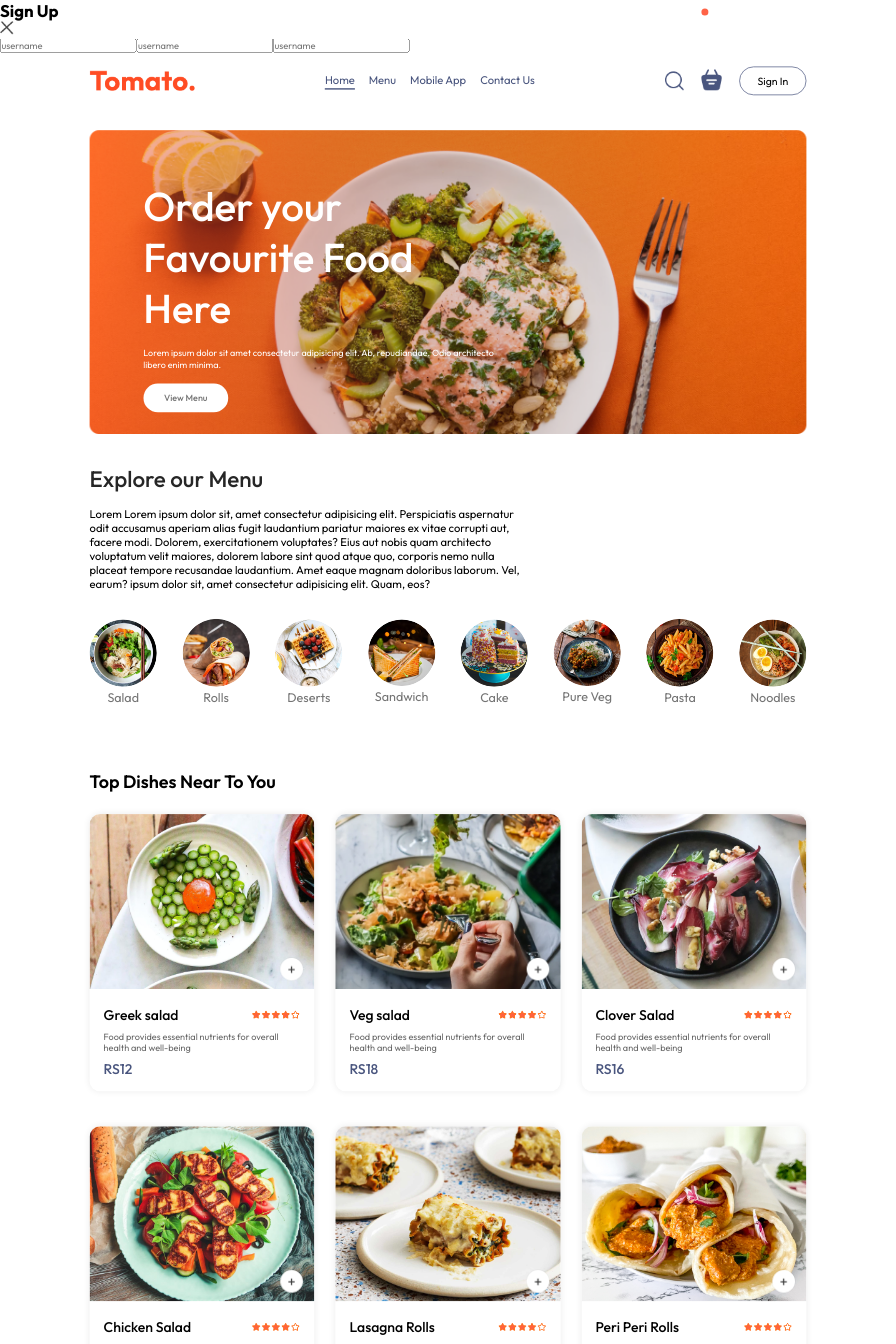
Repository: Attar786/Food-ordering-app
Page: / (app in frontend/), after clicking the first element matching `button`
The author's editor kept a copy of each file at every save. The page is drawn from the files as they stood at one save, then again after the next save.
The browser window is 1280 px wide. The pictures show the part of the page from y = 0 to 1920 px (the page is 6807 px tall before and 6828 px after), at 70% of full size.
The project was rebuilt for these pictures with package versions that can differ from the ones it lists, and the page was loaded fresh each time. Also part of the build but not shown: frontend/vite.config.js, frontend/src/pages/Cart/Cart.css, frontend/src/pages/Cart/Cart.jsx, frontend/src/pages/PlaceOrder/PlaceOrder.css, frontend/src/pages/PlaceOrder/PlaceOrder.jsx, frontend/src/components/LoginPopup/LoginPopup.css.

Above is the page before, as saved 2024-07-29 20:30:33.

### frontend/src/main.jsx
import ReactDOM from 'react-dom/client'
import App from './App.jsx'
import './index.css'
import {BrowserRouter} from 'react-router-dom'
import StoreContextProvider from './context/StoreContext.jsx'
ReactDOM.createRoot(document.getElementById('root')).render(
<BrowserRouter>

<StoreContextProvider>
<App />
</StoreContextProvider>

    </BrowserRouter>
)

### frontend/src/App.jsx
import './index.css'
import Navbar from "./components/Navbar/Navbar"
import Home from './pages/Home/Home'
import Cart from './pages/Cart/Cart'
import PlaceOrder from './pages/PlaceOrder/PlaceOrder'
import { Route, Routes } from 'react-router-dom'
import Footer from './components/Footer/Footer'

import LoginPopup from './components/LoginPopup/LoginPopup'
import { useState } from 'react'
function App() {
  const [showLogin, setShowLogin] = useState(false);

  return (
    <>
  {showLogin?<LoginPopup setShowLogin={setShowLogin}/>:<></>}
  <div className='app'>
  <Navbar setShowLogin = {setShowLogin} />
<Routes>
<Route path='/' element={<Home/>}/>
<Route path='/cart' element={<Cart/>}/>
<Route path='/order' element={<PlaceOrder/>}/>
</Routes>
  </div>
  <Footer/>
    </>
  )
}

export default App

### frontend/src/index.css
@import url('https://fonts.googleapis.com/css2?family=Outfit:wght@100..900&display=swap');


*{
margin: 0;
padding: 0;
 box-sizing: border-box;
 font-family: outfit;
 scroll-behavior: smooth;
}
body{
height: 100vh;
}
a{
text-decoration: none;
color : inherit;
}
.app{
    width: 80%;
    margin: auto;
}
@keyframes fadeIn{
    0%{
        opacity: 0;
    }
    100%{
        opacity: 1;
    }
}

### frontend/src/context/StoreContext.jsx
import './StoreContext.css';
import { createContext, useEffect, useState } from 'react';
import { food_list } from '../assets/assets'; // Ensure this path is correct and food_list is correctly exported

export const StoreContext = createContext(null);

const StoreContextProvider = (props) => {
  const [cartItems, setCartItems] = useState({});

  const addToCart = (itemId) => {
    if (!cartItems[itemId]) {
      setCartItems((prev) => ({ ...prev, [itemId]: 1 }));
    } else {
      setCartItems((prev) => ({ ...prev, [itemId]: prev[itemId] + 1 }));
    }
  };

  const removeFromCart = (itemId) => {
    setCartItems((prev) => {
      const newCount = prev[itemId] - 1;
      if (newCount <= 0) {
        const { [itemId]: _, ...rest } = prev;
        return rest;
      } else {
        return { ...prev, [itemId]: newCount };
      }
    });
  };

  useEffect(() => {
    console.log(cartItems);
  }, [cartItems]);

  const contextValue = {
    food_list,
    cartItems,
    setCartItems,
    addToCart,
    removeFromCart,
  };

  return (
    <StoreContext.Provider value={contextValue}>
      {props.children}
    </StoreContext.Provider>
  );
};

export default StoreContextProvider;

### frontend/src/components/Navbar/Navbar.jsx
import { useState } from 'react';
import './Navbar.css';
import { assets } from '../../assets/assets';
import { Link } from 'react-router-dom'
const Navbar = ({setShowLogin}) => {
  const [menu, setMenu] = useState("home");

  const handleMenuClick = (menuItem) => {
    setMenu(menuItem);
  };

  return (
    <div className="navbar">
      <img src={assets.logo} alt="Logo" className="logo" />
      <ul className="navbar-menu">
        <Link to='/' onClick={() => handleMenuClick("home")} className={menu === "home" ? "active" : ""}>Home</Link>
        <a href='#explore-menu' onClick={() => handleMenuClick("menu")} className={menu === "menu" ? "active" : ""}>Menu</a>
        <a href='#app-download' onClick={() => handleMenuClick("mobile-app")} className={menu === "mobile-app" ? "active" : ""}>Mobile App</a>
        <a href='#footer' onClick={() => handleMenuClick("contact-us")} className={menu === "contact-us" ? "active" : ""}>Contact Us</a>
      </ul>
      <div className="navbar-right">
        <img src={assets.search_icon} alt="search-icon" />
        <div>
          <img src={assets.basket_icon} alt="icons" />
          <div className="dot"></div>
        </div>
        <button onClick={()=>setShowLogin(true)} >Sign In</button>
      </div>
    </div>
  );
}

export default Navbar;

### frontend/src/pages/Home/Home.jsx
import {useState} from 'react'
import Header from '../../components/Header/Header'
import ExploreMenu from '../../components/ExploreMenu/ExploreMenu'
import './Home.css'
import FoodDisplay from '../../components/FoodDisplay/FoodDisplay'
import AppDownload from '../../components/AppDownload/AppDownload'

const Home = () => {
    const [category , setCategory ] = useState('All')
  return (
    <>
<Header/>
<ExploreMenu category={category} setCategory={setCategory}/>
<FoodDisplay category={category} />
<AppDownload/>

</>
)
}

export default Home

### frontend/src/components/Footer/Footer.jsx
import "./Footer.css"
import { assets } from "../../assets/assets"
const Footer = () => {
  return (
    <div className="footer" id="footer">
<div className="footer-content">
    <div className="footer-content-left">
        <img src={assets.logo} alt="fsf" />
    <p>  Lorem ipsum dolor icta fugit magnam temporibus aperiam autem sit optio blanditiis similique distinctio minima quia commodi consequuntur. Lorem ipsum dolor sit consectetur adipisicing elit. Iste, ex.</p>
    <div className="footer-social-icons">
        <img src={assets.facebook_icon} alt="" />
        <img src={assets.twitter_icon} alt="" />
        <img src={assets.linkedin_icon} alt="" />
    </div>

    </div>
    <div className="footer-content-center">
    <h1>Company</h1>
        <ul>
        <li>Home</li>
        <li>AboutUs</li>
        <li>Delivery</li>
        <li>Privacy Policy</li>
        </ul>
    </div>
    <div className="footer-content-right">
        <h2>Get In Touch</h2>
        <ul>
            <li>
                +923333333333
            </li>
            <li>
                contact@gmail.com
            </li>
        </ul>
    </div>
</div>
<hr/>
<p className="footer-copyright">
copyright 2024 All right restricted
</p>

    </div>
  )
}

export default Footer

### frontend/src/components/LoginPopup/LoginPopup.jsx
import { useState } from "react"
import "./LoginPopup.css"
import { assets } from "../../assets/assets"
const LoginPopup = ({setShowLogin}) => {
  const [currState, setCurrState] = useState("Sign Up")

  return (

    <div className="login-popup">
      <form action="" className="login-popup-container"></form>
      <div className="login-popup-title">
<h2>  {currState}
</h2>
<img onClick={()=> setShowLogin(false)} src={assets.cross_icon} alt="" />
      </div>

    <div className="login-popup-inputs">
      <input type="text" placeholder="username" required/>
      <input type="email" placeholder="username" required/>
      <input type="password" placeholder="username" required/>
    </div>
    </div>
  )
}

export default LoginPopup

### frontend/src/components/Navbar/Navbar.css
.navbar{
    padding: 20px 0;
    display: flex;
    justify-content: space-between;
    align-items: center;
}
.navbar .logo{
    width: 150px;
}
.navbar-menu{
    display: flex;
    list-style: none;
    gap: 20px;
    font: 18px;
    color: #49557e;
    cursor: pointer;
}
.navbar-right{
    display: flex;
    align-items: center;
    gap: 25px;

}
.navbar button{
    font-size: 15px;
    border: 1px solid #49557e;
    background: transparent;
    padding: 10px 25px;
    cursor: pointer;
    border-radius: 40px;
    transition: 0.3s;
}
.navbar button:hover{
    background-color: #fff4f2;
}
.navbar .navbar-menu .active{
    padding-bottom: 2px;
    border-bottom: 2px solid #49557e;

}
.search-icon{
    position: relative;
}
/* .search-icon .dot{ */
    /* position: absolute;
    top: -5px;
    right: -5px;
    width: 10px;
    height: 10px;
    background-color: blue;
    border-radius: 50%;
} */
.dot {
    position: absolute;
    top: 12px; /* Adjust as needed */
    right: 268px; /* Adjust as needed */
    width: 10px;
    height: 10px;
    background-color: tomato;
    border-radius: 50%;}
    @media (max-width: 1050px)
    {
        .navbar .logo{
            width: 140px;
        }
        .navbar-menu{
            gap: 20px;
            font-size: 17px;
        }
        .nav-right {
            gap: 30px;
        };
        .navbar-right img{
            width: 22px;
        }
        .navbar-right button{
            padding: 8px 25px;
        };

    }

    @media (max-width: 900px)
    {
        .navbar .logo{
            width: 100px;
        }
        .navbar-menu{
            gap: 10px;
            font-size: 16px;
        }
        .Nav-right {
            gap: 20px;
        }
        .navbar-right img{
            width: 17px;

        }
        .navbar-right button{
            padding: 7px 15px;
            font-size: 10px;
        }
    }

    @media (max-width: 750px)
    {

        .navbar-menu{
            display: none;;
        }
    }

### frontend/src/components/Header/Header.jsx
import "./Header.css";
const Header = () => {
  return (
    <div className="header">
      <div className="header-contents">
        <h2>Order your Favourite Food Here</h2>
        <p>
          Lorem ipsum dolor sit amet consectetur adipisicing elit. Ab,
          repudiandae. Odio architecto libero enim minima.
        </p>
        <button>View Menu</button>
      </div>
    </div>
  );
};

export default Header;

### frontend/src/components/ExploreMenu/ExploreMenu.jsx
import './ExploreMenu.css'
import { menu_list } from '../../assets/assets';
import PropTypes from 'prop-types'
const ExploreMenu = ({ category, setCategory }) => {
  return (
    <div className='explore-menu' id='explore-menu'>
      <h1 className='explore-menu-title'>Explore our Menu</h1>
      <p className='explore-menu-text'>Lorem Lorem ipsum dolor sit, amet consectetur adipisicing elit. Perspiciatis aspernatur odit accusamus aperiam alias fugit laudantium pariatur maiores ex vitae corrupti aut, facere modi. Dolorem, exercitationem voluptates? Eius aut nobis quam architecto voluptatum velit maiores, dolorem labore sint quod atque quo, corporis nemo nulla placeat tempore recusandae laudantium. Amet eaque magnam doloribus laborum. Vel, earum? ipsum dolor sit, amet consectetur adipisicing elit. Quam, eos?</p>
      <div className='explore-menu-list'>
        {menu_list.map((item, index) => {
          return (
            <div onClick={() => setCategory(prev => prev === item.menu_name ? "All" : item.menu_name)} key={index} className='explore-menu-list-item'>
              <img className={category === item.menu_name ? "active" : ""} src={item.menu_image} alt="" />
              <p>{item.menu_name}</p>
            </div>
          )
        })}
      </div>
      <hr />
    </div>
  )
}
    ExploreMenu.propTypes = {
    category: PropTypes.string.isRequired,
    setCategory: PropTypes.func.isRequired,
  };

export default ExploreMenu;

### frontend/src/components/FoodDisplay/FoodDisplay.jsx
import { useContext } from 'react';
import './FoodDisplay.css';
import { StoreContext } from '../../context/StoreContext';
import FoodItem from '../FoodItem/FoodItem';

const FoodDisplay = ({ category }) => {
  const { food_list = [] } = useContext(StoreContext); // Provide a default value

  if (!food_list.length) {
    return <div>Loading...</div>; // Handle loading state or error
  }

  return (
    <div className='food-display' id='food-display'>
      <h2>Top Dishes Near To You</h2>
      <div className='food-display-list'>
        {food_list
          .filter(item => category === "All" || category === item.category)
          .map((item, index) => (
            <FoodItem
              key={index}
              id={item._id}
              name={item.name}
              description={item.description}
              price={item.price}
              image={item.image}
            />
          ))}
      </div>
    </div>
  );
};

export default FoodDisplay;

### frontend/src/components/AppDownload/AppDownload.jsx
import { assets } from "../../assets/assets"
import "./AppDownload.css"
const AppDownload = () => {
  return (
    <div className="app-download" id="app-download">
      <p>Fore Better Experience<br />Download our app</p>
    <div className="app-download-platforms">
        <img src={assets.play_store} alt="" />
        <img src={assets.app_store} alt="" />
    </div>


    </div>
  )
}

export default AppDownload

### frontend/src/components/Footer/Footer.css
.footer {
    color: #d9d9d9;
    background-color: hsl(0, 0%, 20%);
    display: flex;
    flex-direction: column;
    align-items: center;
    gap: 20px;
    padding: 30px 8vw; /* Fixed padding syntax */
    padding-top: 40px;
    margin-top: 100px;
}

.footer-content {
    width: 100%;
    display: grid;
    grid-template-columns: 2fr 1fr 1fr;
    gap: 80px;
}

.footer-content-left, .footer-content-center, .footer-content-right {
    display: flex;
    flex-direction: column;
    align-items: start;
    gap: 20px;
}

.footer-content-left li, .footer-content-center li, .footer-content-right li {
    list-style: none;
    cursor: pointer;
}
.footer-content-center h2, .footer-content-right h2 {
    color: white;
}
.footer-social-icons img {
width: 40px;
margin: 15px;
}
.footer-social-icons img:hover {
    width: 40px;
    margin: 15px;
    }
.footer hr{
    width: 100%;
    height: 2px;
    margin: 20px 0;
    background-color : gray;
    border: none;
}
@media (max-width: 1050px) {
    .footer-content{
        display: flex;
        flex-direction:column;
        gap: 35px;
    }
    .footer-copyright{
        text-align: center;
}
}

### frontend/src/components/Header/Header.css
.header{
    height: 35vw;
    margin: 30px auto;
    background: url('/header_img.png') no-repeat;
    background-size: contain;
    position: relative;
}
.header-contents{
position: absolute;
display: flex;
flex-direction: column;
align-items: start;
gap: 1.5vw;
max-width: 50%;
bottom: 10%;
left: 6vw;
animation: fadeIn 3s;
}

.header-contents h2{
    font-weight: 500;
    color: white;
    font-size: max(4.5vw, 22px);
}
.header-contents p{
    color: white;
    font-size: 1vw;

}
.header-contents button{
    font-weight: 500;
    color: #747474;
    border: none;
    padding: 1vw 2.3vw;
    background-color: white;
    border-radius: 50px;
    font-size: max(1vw,12px);
}
@media (max-width:1050px) {

    .header-contents{
        max-width: 45%;
    }
}

@media (max-width:750px) {
    .header-contents{
        max-width: 65%;
    }
    .header-contents p{
display: none;    }
}

### frontend/src/components/ExploreMenu/ExploreMenu.css
.explore-menu{
    display: flex;
    flex-direction: column;
    gap: 20px;
}
.explore-menu h1{
    color: #262626;
    font-weight: 500;
}
.explore-menu-text{
    max-width: 60%;
    columns: #808080;
}
.explore-menu-list {
    display: flex;
    justify-content: space-between;
    align-items:center;
    gap: 30px;
    text-align: center;
    margin: 20px 0px;
    overflow: scroll;
}
.explore-menu-list::-webkit-scrollbar{
    display: none;
}
.explore-menu-list-item img{
    width: 7.5vw;
    min-width: 85px;
    cursor: pointer;
    border-radius: 50%;
    transition: 0.3s;
}

.explore-menu-list-item p{
    cursor: pointer;
    color: #747474;
    font-size: max(1.4vw, 16px)
}
.explore-menu hr{
    margin: 10px 0px;
    height: 2px;
    color: #e2e2e2;
    border: none;
}
.explore-menu-list-item .active{
    border:3px solid tomato;
    padding: 2px;
}

@media (max-width:1050px) {
    .explore-menu-text{
        max-width: 100%;
        font-size: 14px;
    }
}

### frontend/src/components/FoodDisplay/FoodDisplay.css
.food-display{
    margin-top: 30px;
}
.food-display h2{
    font-size: max(2vw, 24px);
    font-weight: 600;
}
.food-display-list{
    display: grid;
    grid-template-columns: repeat(auto-fill,minmax(240px,1fr));
    margin-top: 30px;
    gap: 30px;
    row-gap: 50px;
}

### frontend/src/components/FoodItem/FoodItem.jsx
import './FoodItem.css';
import { assets } from '../../assets/assets';
import { useContext } from 'react';
import { StoreContext } from '../../context/StoreContext';

const FoodItem = ({ id, name, price, description, image }) => {
  const { cartItems, addToCart, removeFromCart } = useContext(StoreContext);

  return (
    <div className='food-item'>
      <div className='food-item-img-container'>
        <img className='food-item-image' src={image} alt={name} />
        {
          !cartItems[id]
            ? <img className='add' onClick={() => addToCart(id)} src={assets.add_icon_white} alt="" />
            : <div className='food-item-counter'>
                <img onClick={() => removeFromCart(id)} src={assets.remove_icon_red} alt="" />
                <p>{cartItems[id]}</p>
                <img onClick={() => addToCart(id)} src={assets.add_icon_green} alt="" />
              </div>
        }
      </div>
      <div className='food-item-info'>
        <div className='food-item-name-rating'>
          <p>{name}</p>
          <img src={assets.rating_starts} alt="Rating" />
        </div>
        <p className='food-item-description'>
          {description}
        </p>
        <p className='food-item-price'>RS{price}</p>
      </div>
    </div>
  );
};

export default FoodItem;

### frontend/src/components/AppDownload/AppDownload.css
.app-download{
    margin: auto auto;
    margin-top: 100px;
    font-size: max(3vw, 15px);
    text-align: center;
    font-weight: 500;
}
.app-download-platforms
{
display: flex;
justify-content: center;
gap: max(2vw, 10px);
margin-top: 40px;

}
.app-download-platforms img{
    cursor: pointer;
    width: 150px;
}
.app-download-platforms img:hover{
   transform: scale(1.05);
   transition: 2s ease-in-out;
}

### frontend/src/components/FoodItem/FoodItem.css
.food-item{
    width: 100%;
    border-radius: 15px;
    box-shadow: 0px 0px 10px #00000015;
    transition: 0.3s;
    animation: fadeIn 1s;
}
.food-item-image{
    width: 100%;
    border-radius : 15px 15px 0px 0px;
}

.food-item-info{
    padding: 20px;
}
.food-item-name-rating{
    display: flex;
    justify-content: space-between;
    align-items: center;
    margin-bottom: 10px;
}
.food-item-name-rating p{
    font-size: 20px;
    font-weight: 500;

}
.food-item-name-rating img {
    width: 70px;

}
.food-item-description{
    color: #676767;
    font-size: 13px;
}
.food-item-price{
    margin-top: 10px;
    color: #49557e;
    font-size: 20px;
    font-weight: 500;
}
.food-item-img-container{
    position: relative;
}

.food-item-img-container .add{
    width: 35px;
    position:absolute;
    bottom: 15px;
    right: 15px;
    cursor: pointer;
    border-radius: 50%;
}
.food-item-counter{
    position: absolute;
    bottom: 15px;
    right: 15px;
    background-color: white;
    display: flex;
    align-items: center;
    gap: 10px;
    cursor: pointer;
    padding: 6px;
    border-radius:50px;

}
.food-item-counter img{
    width: 30px;
}

Loaded but not shown: frontend/index.html (common file); frontend/src/assets/assets.js (350 lines, source omitted); frontend/src/context/StoreContext.css (no stored copy; drawn as an empty file); frontend/src/pages/Home/Home.css (no stored copy; drawn as an empty file)

After the next save:
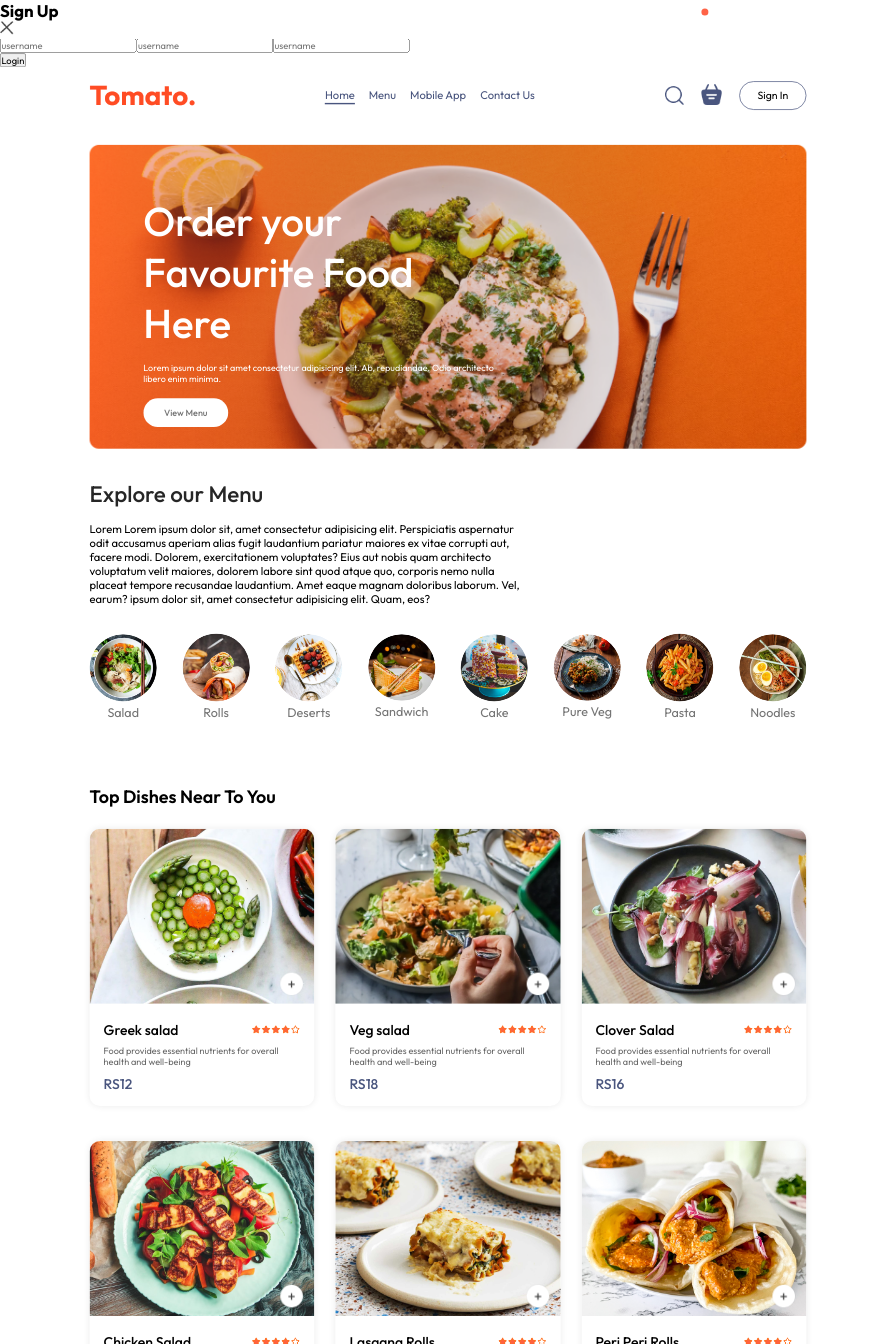
Saved 94 s later.
--- a/frontend/src/components/LoginPopup/LoginPopup.jsx
+++ b/frontend/src/components/LoginPopup/LoginPopup.jsx
@@ -19,6 +19,7 @@ const LoginPopup = ({setShowLogin}) => {
       <input type="email" placeholder="username" required/>
       <input type="password" placeholder="username" required/>
     </div>
+    <button >{currState === "Sign up"?"Create Account":"Login"}</button>
     </div>
   )
 }
